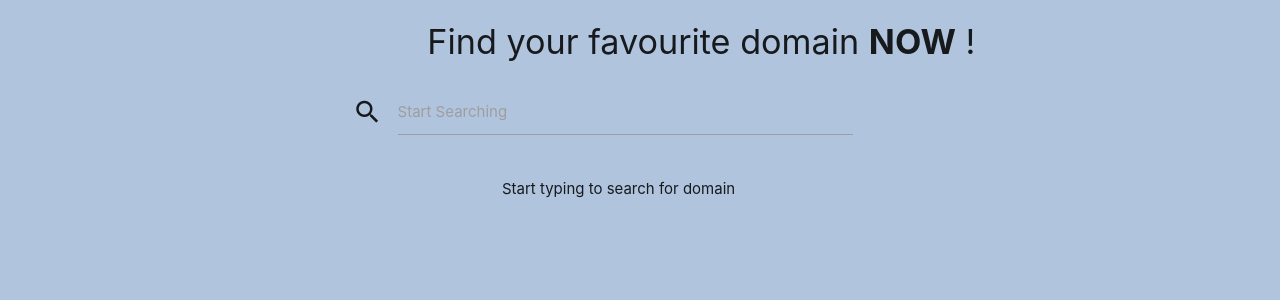
Repository: habib-urrehmaan/domain-name-searcher
Page: / (app in client/)
These files come from the project's save history. The page is drawn as it stood at one moment and after the next save; the edit follows.
The browser window is 1280 px wide. The pictures show the whole page.
The project was rebuilt for these pictures with package versions that can differ from the ones it lists, and the page was loaded fresh each time. Also part of the build but not shown: client/src/Suggested.js, client/src/Suggested.css.

Above is the page before, as saved 2020-04-17 21:59:38.

### client/public/index.html
<!DOCTYPE html>
<html lang="en">
  <head>
    <meta charset="utf-8" />
    <link rel="icon" href="%PUBLIC_URL%/favicon.ico" />
    <meta name="viewport" content="width=device-width, initial-scale=1" />
    <meta name="theme-color" content="#000000" />
    <meta
      name="description"
      content="Web site created using create-react-app"
    />
    <link rel="apple-touch-icon" href="%PUBLIC_URL%/logo192.png" />
    <!--
      manifest.json provides metadata used when your web app is installed on a
      user's mobile device or desktop. See https://developers.google.com/web/fundamentals/web-app-manifest/
    -->
    <link rel="manifest" href="%PUBLIC_URL%/manifest.json" />
    <!--
      Notice the use of %PUBLIC_URL% in the tags above.
      It will be replaced with the URL of the `public` folder during the build.
      Only files inside the `public` folder can be referenced from the HTML.

      Unlike "/favicon.ico" or "favicon.ico", "%PUBLIC_URL%/favicon.ico" will
      work correctly both with client-side routing and a non-root public URL.
      Learn how to configure a non-root public URL by running `npm run build`.
    -->
    <link rel="stylesheet" href="https://cdnjs.cloudflare.com/ajax/libs/materialize/1.0.0/css/materialize.min.css">
    <link href="https://fonts.googleapis.com/icon?family=Material+Icons" rel="stylesheet">
     <!-- Compiled and minified JavaScript -->
     <script src="https://cdnjs.cloudflare.com/ajax/libs/materialize/1.0.0/js/materialize.min.js"></script>
    <title>React App</title>
  </head>
  <body>
    <noscript>You need to enable JavaScript to run this app.</noscript>
    <div id="root"></div>
    <!--
      This HTML file is a template.
      If you open it directly in the browser, you will see an empty page.

      You can add webfonts, meta tags, or analytics to this file.
      The build step will place the bundled scripts into the <body> tag.

      To begin the development, run `npm start` or `yarn start`.
      To create a production bundle, use `npm run build` or `yarn build`.
    -->
  </body>
</html>

### client/src/index.js
import React from 'react';
import ReactDOM from 'react-dom';
import './index.css';
import App from './App';

ReactDOM.render(
  <React.StrictMode>
    <App />
  </React.StrictMode>,
  document.getElementById('root')
);

// If you want your app to work offline and load faster, you can change
// unregister() to register() below. Note this comes with some pitfalls.
// Learn more about service workers: https://bit.ly/CRA-PWA
// serviceWorker.unregister();

### client/src/index.css
body {
  margin: 0;
  font-family: -apple-system, BlinkMacSystemFont, 'Segoe UI', 'Roboto', 'Oxygen',
    'Ubuntu', 'Cantarell', 'Fira Sans', 'Droid Sans', 'Helvetica Neue',
    sans-serif;
  -webkit-font-smoothing: antialiased;
  -moz-osx-font-smoothing: grayscale;
  background-color: lightsteelblue
}

code {
  font-family: source-code-pro, Menlo, Monaco, Consolas, 'Courier New',
    monospace;
}

### client/src/App.js
import React from 'react';
import Search from './Search';
import Output from './Output';

class App extends React.Component {

  constructor(props)
  {
    super(props);
    this.state ={
      output:null
    }
  }


  setAppOutput = (outputData) =>
  {
    console.log("setting output value")

    this.setState({
      output:outputData
    })
  }

  render()
  {
    return (
      <>
      <div className="App container">
        <Search setOutput={this.setAppOutput}/>
        <Output data={this.state.output}/>
      </div>
      </>
    );
  }
}

export default App;

### client/src/Search.js
import React, { Component } from 'react'
import axios from 'axios'

class Search extends Component {

    constructor(props)
    {
        super(props);
        console.log(props)
    }

    onChangeHandler = (e) =>
    {
        axios({
            'method': 'GET',
            'url': `/domain/search?domain=${e.target.value}`,
            'ContentType':'application/json'
        }).then((response)=>{

            var obj = JSON.parse(response.data.data);
            this.props.setOutput(obj);
        }).catch(error=>{
            console.log(error);
        });
    }

    render() {
        return (
            <div>
                <div className="row">
                    <div className="col offset-s3">
                        <h4>Find your favourite domain <b>NOW</b> !</h4>
                    </div>
                    <div className="input-field col s7 offset-s2">
                        <i className="material-icons prefix">search</i>
                        <input id="search" type="text" className="validate" onChange={this.onChangeHandler}/>
                        <label htmlFor="search">Start Searching</label>
                    </div>
                </div>
            </div>
        )
    }
}

export default Search;

### client/src/Output.js
import React from 'react'
import Suggested from './Suggested';
import './Suggested.css';

export default function Output(props) {

    let {data} = props;

    return (
        <div className="row">
        {(data)?(<div className="col offset-s4">{
            (data.available)?(<div><span className="success">Congratulations! This domain is available</span><br/><span className="col offset-s4"><b>For:</b>{" "+data.currency+" "+data.price}</span></div>):
            (data.code)?(<div className="error">{data.message}</div>):(<div><Suggested domain={data.domain}/></div>)}</div>)
            :(<div className="col offset-s4">Start typing to search for domain</div>)}
        </div>
    )
}

After the next save:
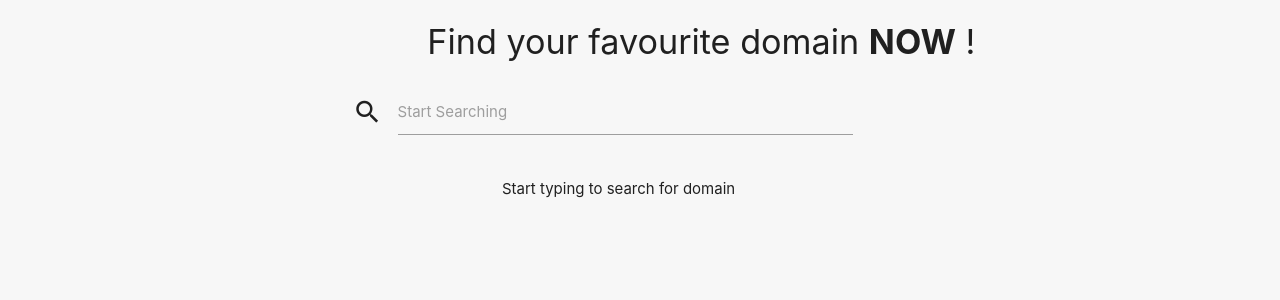
Saved 69 s later.
--- a/client/src/index.css
+++ b/client/src/index.css
@@ -5,7 +5,7 @@ body {
     sans-serif;
   -webkit-font-smoothing: antialiased;
   -moz-osx-font-smoothing: grayscale;
-  background-color: lightsteelblue
+  background-color: #F7F7F7;
 }
 
 code {
